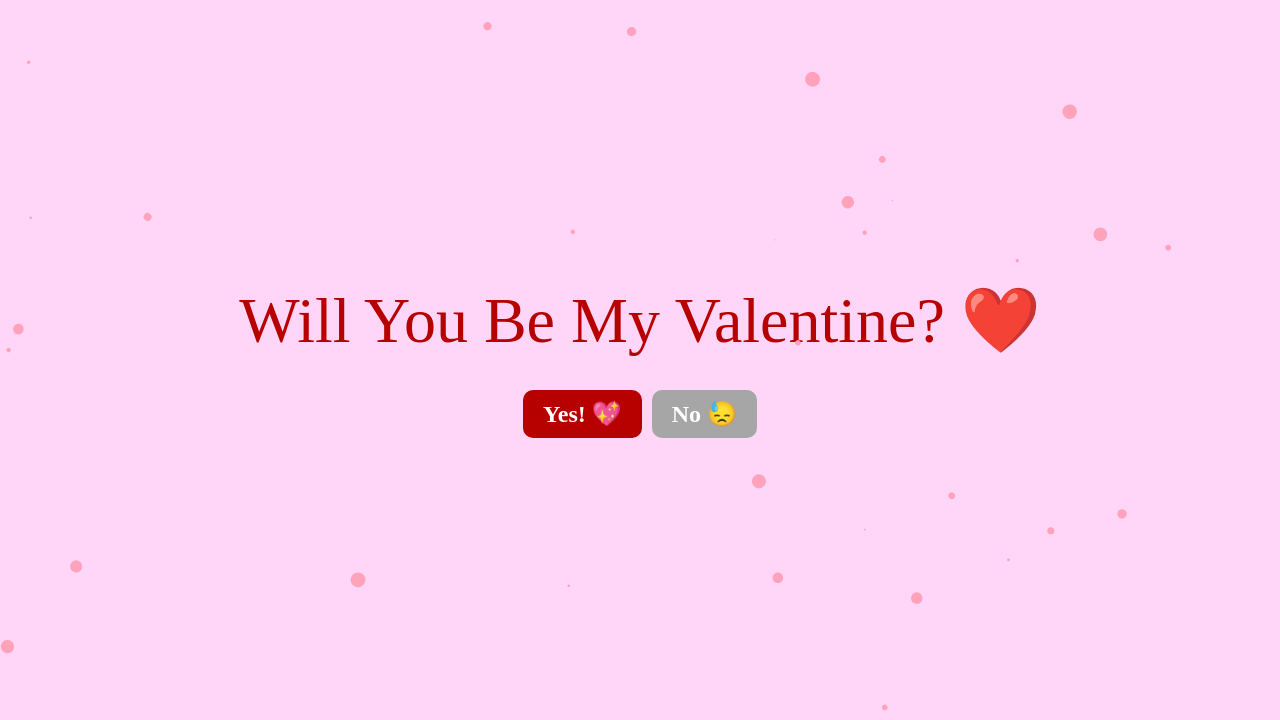
Repository: GG1627/Valentines
Page: /
These files come from the project's save history. The page is drawn as it stood at one moment and after the next save; the edit follows.
The browser window is 1280 px wide. The pictures show the whole page.
Some web fonts or font styles are not loaded; a fallback is used. The project was rebuilt for these pictures with package versions that can differ from the ones it lists, and the page was loaded fresh each time. Also part of the build but not shown: vite.config.js, src/index.css, src/components/SheSaidYesScreen.jsx.

Above is the page before, as saved 2025-02-03 22:28:15.

### index.html
<!DOCTYPE html>
<html lang="en">
  <head>
    <meta charset="UTF-8" />
    <link rel="icon" type="image/svg+xml" href="/vite.svg" />
    <meta name="viewport" content="width=device-width, initial-scale=1.0" />
    <title>Vite + React</title>
    <!-- Google tag (gtag.js) -->
    <script
      async
      src="https://www.googletagmanager.com/gtag/js?id=G-KC2CD3PMBC"
    ></script>
    <script>
      window.dataLayer = window.dataLayer || [];
      function gtag() {
        dataLayer.push(arguments);
      }
      gtag("js", new Date());

      gtag("config", "G-KC2CD3PMBC");
    </script>
  </head>
  <body>
    <div id="root"></div>
    <script type="module" src="/src/main.jsx"></script>
  </body>
</html>

### src/App.jsx
import { BrowserRouter as Router, Routes, Route } from "react-router-dom";
import HomeScreen from "./components/HomeScreen";
import SheSaidYesScreen from "./components/SheSaidYesScreen";
// import SheSaidYesScreen from "./components/SheSaidYesScreen";

function App() {
  return (
    <Router>
      <Routes>
        <Route path="/" element={<HomeScreen />} />
        <Route path="/she-said-yes" element={<SheSaidYesScreen />} />
      </Routes>
    </Router>
  );
}

export default App;

### src/components/HomeScreen.jsx
import React, { useState, useEffect } from "react";
import { motion, AnimatePresence } from "framer-motion";
import { useNavigate } from "react-router-dom";
import "./HomeScreen.css";

const HomeScreen = () => {
  const navigate = useNavigate();
  const [noButtonStyle, setNoButtonStyle] = useState({});
  const [showSparkles, setShowSparkles] = useState(true);

  const moveButton = () => {
    const x = Math.random() * (window.innerWidth - 200); // Subtract button width
    const y = Math.random() * (window.innerHeight - 60); // Subtract button height

    setNoButtonStyle({
      position: "fixed",
      left: `${x}px`,
      top: `${y}px`,
    });
  };

  return (
    <>
      <motion.div
        className="HomeScreen_container"
        initial={{ opacity: 0 }}
        animate={{ opacity: 1 }}
        transition={{ duration: 1 }}
      >
        <motion.div
          className="Content_container"
          initial={{ scale: 0.8, opacity: 0 }}
          animate={{ scale: 1, opacity: 1 }}
          transition={{ delay: 0.5, duration: 0.8 }}
        >
          <h1>Will You Be My Valentine? ❤️</h1>
          <div className="Button_container">
            <motion.button
              className="Yes_button"
              whileHover={{ scale: 1.1 }}
              whileTap={{ scale: 0.9 }}
              onClick={() => navigate("/she-said-yes")}
            >
              Yes! 💖
            </motion.button>
            <motion.button
              className="No_button"
              style={noButtonStyle}
              onMouseEnter={moveButton}
              whileHover={{ scale: 0.9 }}
            >
              No 😓
            </motion.button>
          </div>
        </motion.div>

        <AnimatePresence>
          {showSparkles && (
            <div style={{ position: "fixed", inset: 0, pointerEvents: "none" }}>
              {[...Array(35)].map((_, i) => (
                <motion.div
                  key={i}
                  initial={{
                    opacity: 1,
                    scale: 0,
                    x: Math.random() * window.innerWidth,
                    y: Math.random() * window.innerHeight,
                  }}
                  animate={{
                    opacity: 1,
                    scale: [0, 1.5, 0],
                    rotate: [0, 360],
                  }}
                  exit={{ opacity: 1 }}
                  transition={{
                    duration: 3, // Increased duration to slow down the sparkle
                    delay: i * 0.1, // Increased delay between sparkles
                    repeat: Infinity,
                  }}
                  style={{
                    position: "absolute",
                    width: "10px",
                    height: "10px",
                    background: "#ffa3bc",
                    borderRadius: "50%",
                  }}
                />
              ))}
            </div>
          )}
        </AnimatePresence>
      </motion.div>
    </>
  );
};

export default HomeScreen;

### src/components/HomeScreen.css
@import url("https://fonts.googleapis.com/css2?family=Sour+Gummy:ital,wght@0,100..900;1,100..900&display=swap");

.HomeScreen_container {
  width: 100vw;
  height: 100vh;
  background-color: #ffd6f8;
  overflow-y: hidden;
  overflow-x: hidden;
  margin: 0;
  padding: 0;
  position: fixed;
  top: 0;
  left: 0;
  display: flex;
  justify-content: center;
  align-items: center;
  padding-bottom: 50vh; /* Added padding to shift content up */
}

.Content_container {
  display: flex;
  flex-direction: column;
  align-items: center;
  justify-content: center;
}

.Content_container > h1 {
  font-size: 4rem;
  color: #b70101;
  text-align: center;
  margin: 0;
  font-family: "Sour Gummy", serif;
  font-optical-sizing: auto;
  font-weight: 400;
  font-style: normal;
  font-variation-settings: "wdth" 100;
}

.Button_container {
  display: flex;
  flex-direction: row;
  align-items: center;
  justify-content: center;
  gap: 10px;
  margin-top: 2rem;
}

.Yes_button {
  background-color: #b70101;
  color: #fff;
  padding: 10px 20px;
  border-radius: 10px;
  border: none;
  cursor: pointer;
  font-size: 1.5rem;
  font-weight: 600;
  font-family: "Sour Gummy", serif;
  font-optical-sizing: auto;
  font-style: normal;
  font-variation-settings: "wdth" 100;
}

.No_button {
  background-color: #a6a6a6;
  color: #ffffff;
  padding: 10px 20px;
  border-radius: 10px;
  border: none;
  cursor: pointer;
  font-size: 1.5rem;
  font-weight: 600;
  font-family: "Sour Gummy", serif;
  font-optical-sizing: auto;
  font-style: normal;
  font-variation-settings: "wdth" 100;
}

Loaded but not shown: src/main.jsx (common file)

After the next save:
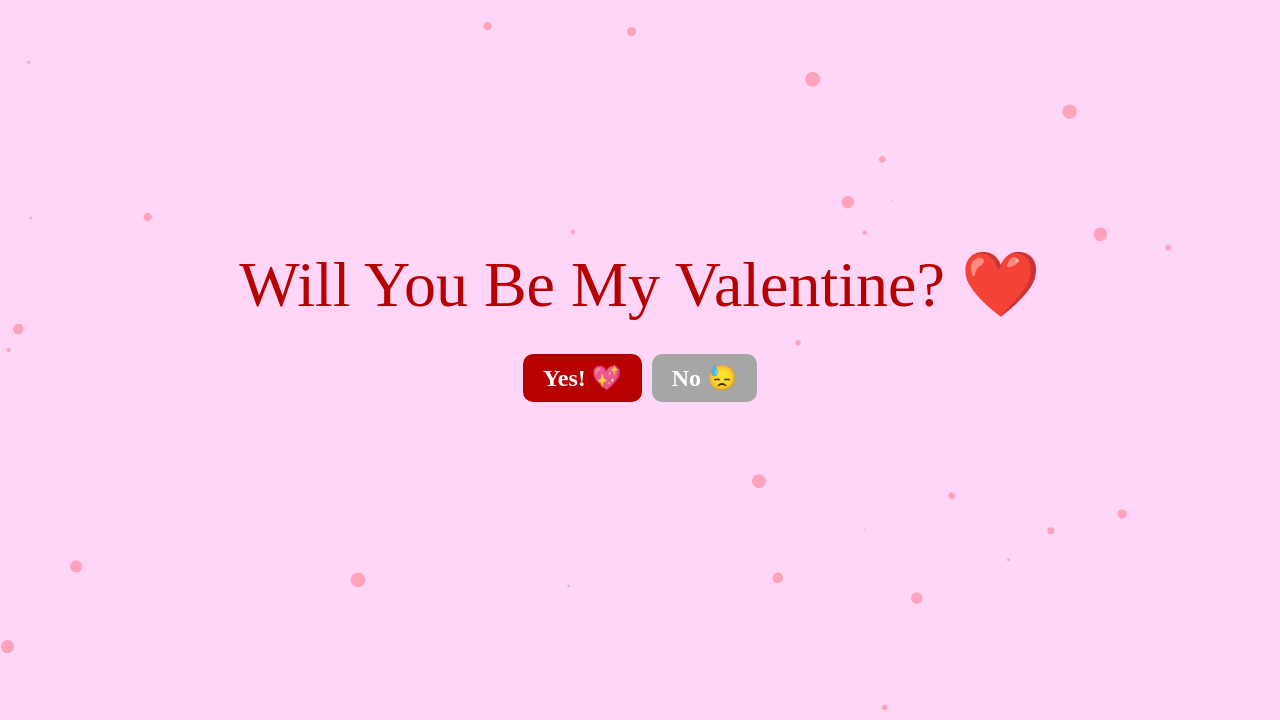
Saved 25 s later.
--- a/src/components/HomeScreen.css
+++ b/src/components/HomeScreen.css
@@ -14,7 +14,6 @@
   display: flex;
   justify-content: center;
   align-items: center;
-  padding-bottom: 50vh; /* Added padding to shift content up */
 }
 
 .Content_container {
@@ -22,6 +21,7 @@
   flex-direction: column;
   align-items: center;
   justify-content: center;
+  padding-bottom: 10vh; /* Added padding to shift content up */
 }
 
 .Content_container > h1 {
